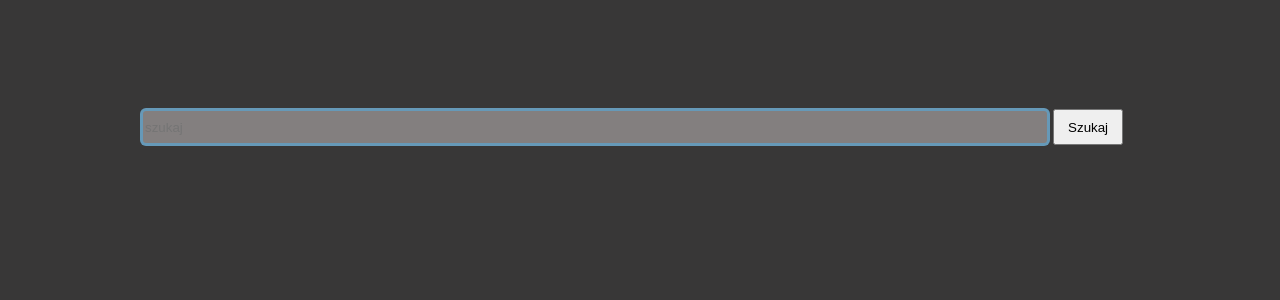
Repository: kq333/wyszukiarka-filmowa
Page: index.html
An editor plug-in stored every save of this project. The page is shown before and after the next save, followed by the edit.
The browser window is 1280 px wide. The pictures show the whole page.
The style sheet was rebuilt from its Sass, Less or Tailwind sources for each picture, by a compiler version that may differ from the author's.

Above is the page before, as saved 2021-01-20 23:12:54.

### index.html
<!DOCTYPE html>
<!--[if lt IE 7]>      <html class="no-js lt-ie9 lt-ie8 lt-ie7"> <![endif]-->
<!--[if IE 7]>         <html class="no-js lt-ie9 lt-ie8"> <![endif]-->
<!--[if IE 8]>         <html class="no-js lt-ie9"> <![endif]-->
<!--[if gt IE 8]>      <html class="no-js"> <!--<![endif]-->
<html>
    <head>
        <meta charset="utf-8">
        <meta http-equiv="X-UA-Compatible" content="IE=edge">
        <title></title>
        <meta name="description" content="">
        <meta name="viewport" content="width=device-width, initial-scale=1">
        <link rel="stylesheet" href="style/style.css">
        <link rel="preconnect" href="https://fonts.gstatic.com">
        <link href="https://fonts.googleapis.com/css2?family=Lato:wght@100;400&display=swap" rel="stylesheet">
        <link rel="stylesheet" href="https://cdnjs.cloudflare.com/ajax/libs/font-awesome/4.7.0/css/font-awesome.min.css">
    </head>


    <body>
        <!--[if lt IE 7]>
            <p class="browsehappy">You are using an <strong>outdated</strong> browser. Please <a href="#">upgrade your browser</a> to improve your experience.</p>
        <![endif]-->

        <main>
            <div id="container">
                    <div class="searchBar">
                        <input id="search" type="text" placeholder="szukaj" onfocus="this.value=''">
                        <button id="btn">Szukaj</button>
                    </div>

                        <div class="movieTitle"></div>

                            <div class="mainContent">
                                <div class="leftSide">
                                    <div class="poster"></div>
                                </div>

                                    <div class="rightSide">
                                        <div class="director">
                                            <span class="NameD"></span>
                                            <span class="DirectorName"></span>
                                        </div>
                                            <div class="Actors">
                                                <span class="NameA"></span>
                                                <span class="ActorsName"></span>
                                            </div>
                                                <div class="Country">
                                                    <span class="NameC"></span>
                                                    <span class="CountryName"></span>
                                                </div>
                                                    <div class="Year">
                                                        <span class="NameY"></span>
                                                        <span class="YearName"></span>
                                                    </div>
                                                        <div class="Genre">
                                                            <span class="NameG"></span>
                                                            <span class="GenreName"></span>
                                                        </div>
                                                            <div class="Plot">
                                                                <span class="NameP"></span>
                                                                <span class="PlotName"></span>
                                                            </div>
                                                                <div class="Rating">
                                                                    <span class="NameR"></span>
                                                                    <span class="RatingName"></span>
                                                                </div>
                                    </div>
                            </div>
            </div>

            <footer>
                <div class="description"></div>
            </footer>
        </main>

        <script src="script.js" async>

        </script>
    </body>
</html>

### script.js
const btn = document.getElementById("btn");

btn.addEventListener('click', ()=>{

    let search = document.getElementById("search").value;


  /*  function validateForm() {
        const x = document.getElementById("search").value;
        if (x == "") {


          return false;
        }
      }

      validateForm()


*/


 document.querySelector(".poster").innerHTML ="";


 const url =   'http://www.omdbapi.com/?apikey=7bd5b2c8&t=';

  const result  = url + search;
  fetch(result)

  .then((res)=>{
      return res.json();
  })

  .then((data)=>{
     document.querySelector(".movieTitle").innerHTML = data.Title;
     document.querySelector(".NameD").innerHTML = "Reżyseria:";
     document.querySelector(".DirectorName").innerHTML = data.Director;
     document.querySelector(".NameA").innerHTML = "Występują:";
     document.querySelector(".ActorsName").innerHTML = data.Actors;
     document.querySelector(".NameC").innerHTML = "Kraj:";
     document.querySelector(".CountryName").innerHTML = data.Country;
     document.querySelector(".NameY").innerHTML = "Rok:";
     document.querySelector(".YearName").innerHTML = data.Released;
     document.querySelector(".NameG").innerHTML = "Gatunek:";
     document.querySelector(".GenreName").innerHTML = data.Genre;
     document.querySelector(".NameP").innerHTML = "Opis:";
     document.querySelector(".PlotName").innerHTML = data.Plot;
     document.querySelector(".NameR").innerHTML = "Ocena Imdb:";
     document.querySelector(".RatingName").innerHTML = data.imdbRating;




    let poster = data.Poster;

      createImage = () =>{
          const elem = document.createElement("img")
          document.querySelector(".poster").appendChild(elem);
          elem.src = poster;
      }
      createImage();
  })

 .catch((error)=>{
     alert(error)
 });





});

### style/style.scss
body{
    background-color: rgba(7, 6, 6, 0.8);
    font-family: 'Lato', sans-serif;
}

@mixin NameProperty{
    text-transform: uppercase;
    font-size: 20px;
    font-weight: bold;
    letter-spacing: 2px;
    color:rgba(143, 140, 140, 0.329);


}

@mixin rightSideProperty{
    text-transform: uppercase;
    font-size: 20px;
    color: rgba(143, 136, 136, 0.726);

}

@mixin description{
    height: auto;
    width: auto;
    margin-bottom: 10px;

}


#container{
    width:1000px;
    height: auto;
    margin:auto;
    display:grid;
    grid-template-columns: auto;
    grid-template-areas:"searchBar"
                        "movieTitle"

                        ;





.searchBar{
    grid-area:searchBar;
    margin:auto;
    margin-top:100px;
    width:1000px;

    #search{
        width: 90%;
        height: 30px;
        border-radius: 6px;
        border:3px solid rgba(84, 172, 223, 0.6);
        background-color: rgba(150, 145, 145, 0.801);
        position:relative;

        &::after{
            content:"asasasasassaa";
            position:absolute;
            width: 50px;
            height: 50px;
            color:rgb(235, 56, 32);
            margin-left:100px;


        }





    }

    #btn{
        width: 70px;
        height: 36px;
        cursor: pointer;
    }


}

.movieTitle{
    grid-area: movieTitle;
    margin:auto;
    margin-top:50px;
    margin-bottom: 50px;
    font-size: 60px;
    letter-spacing: 6px;
    text-transform: uppercase;
    color:rgba(107, 105, 105, 0.747);

}


.mainContent{
    width:1000px;
    margin:auto;
    display:grid;
    gap:10px;
    grid-template-columns: 40% 60%;
    grid-template-areas:"leftSide rightSide" ;


    .leftSide{
        grid-area:leftSide;

        .poster{
            width:auto;
            margin-left: 20px;

            img{
                width:auto;
                height:50vh;
            }

        }

    }


    .rightSide{

        grid-area:rightSide;
        margin:auto;



        .director{
            @include description;


            .NameD{

                @include NameProperty;

            }

            .DirectorName{
                @include rightSideProperty;


            }
        }

        .Actors{
            @include description;


            .NameA{

                @include NameProperty;

            }

            .ActorsName{
                @include rightSideProperty;


            }
        }

        .Country{
            @include description;

            .NameC{

                @include NameProperty;

            }

            .CountryName{
                @include rightSideProperty;


            }
        }

        .Year{
            @include description;

            .NameY{

                @include NameProperty;

            }

            .YearName{
                @include rightSideProperty;


            }
        }

        .Genre{
            @include description;

            .NameG{

                @include NameProperty;

            }

            .GenreName{
                @include rightSideProperty;


            }
        }

        .Plot{
            @include description;

            .NameP{

                @include NameProperty;

            }

            .PlotName{
                @include rightSideProperty;


            }
        }

        .Rating{
            @include description;

            .NameR{

                @include NameProperty;

            }

            .RatingName{
                @include rightSideProperty;


            }
        }
    }
}
};

After the next save:
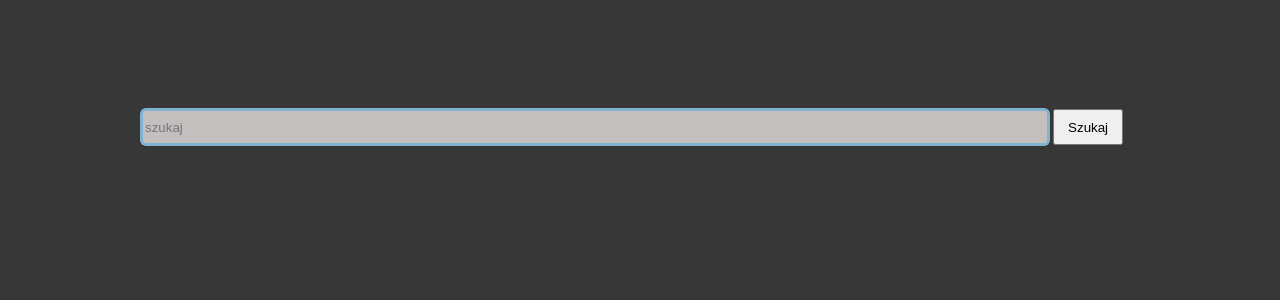
Saved 10 s later.
--- a/style/style.scss
+++ b/style/style.scss
@@ -54,7 +54,7 @@ body{
         height: 30px;
         border-radius: 6px;
         border:3px solid rgba(84, 172, 223, 0.6);
-        background-color: rgba(150, 145, 145, 0.801);
+        background-color: rgba(207, 202, 202, 0.932);
         position:relative;
 
         &::after{
